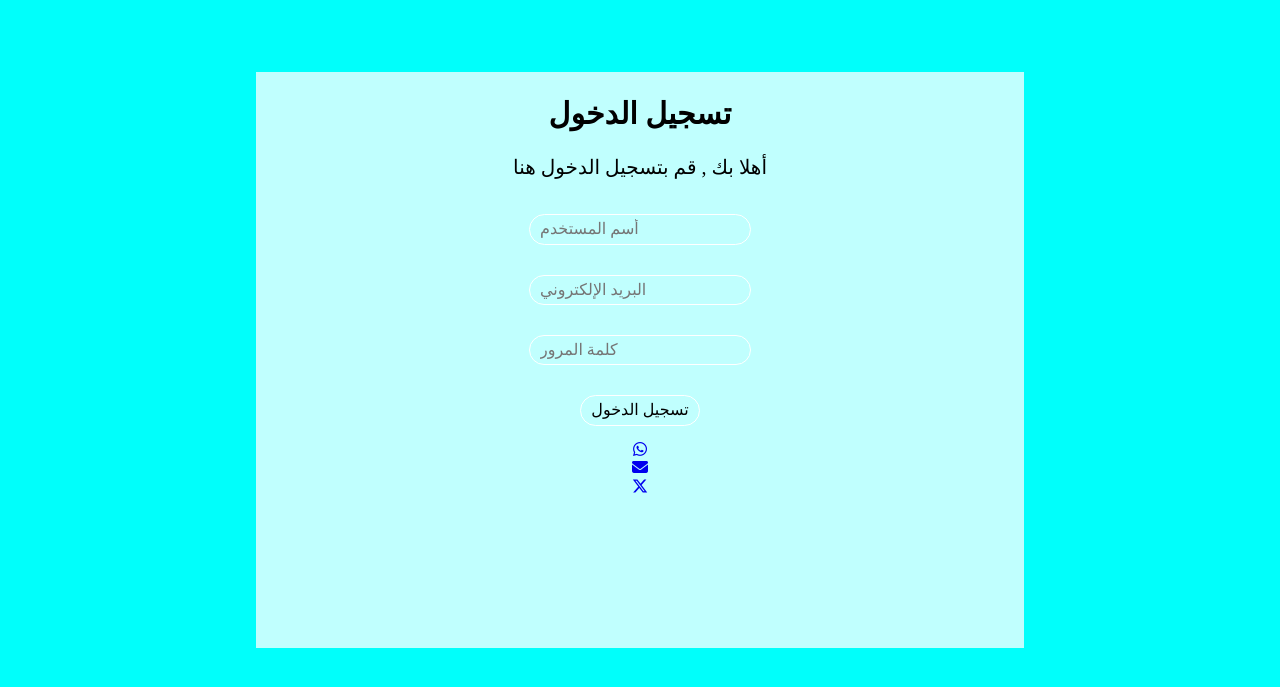
Repository: FaisalFahed/login-page
Page: html/صفحة تسجيل دخول.html
The author's editor kept a copy of each file at every save. The page is drawn from the files as they stood at one save, then again after the next save.
The browser window is 1280 px wide. The pictures show the whole page.
Some web fonts or font styles are not loaded; a fallback is used.

Above is the page before, as saved 2025-04-01 08:22:57.

After the next save:
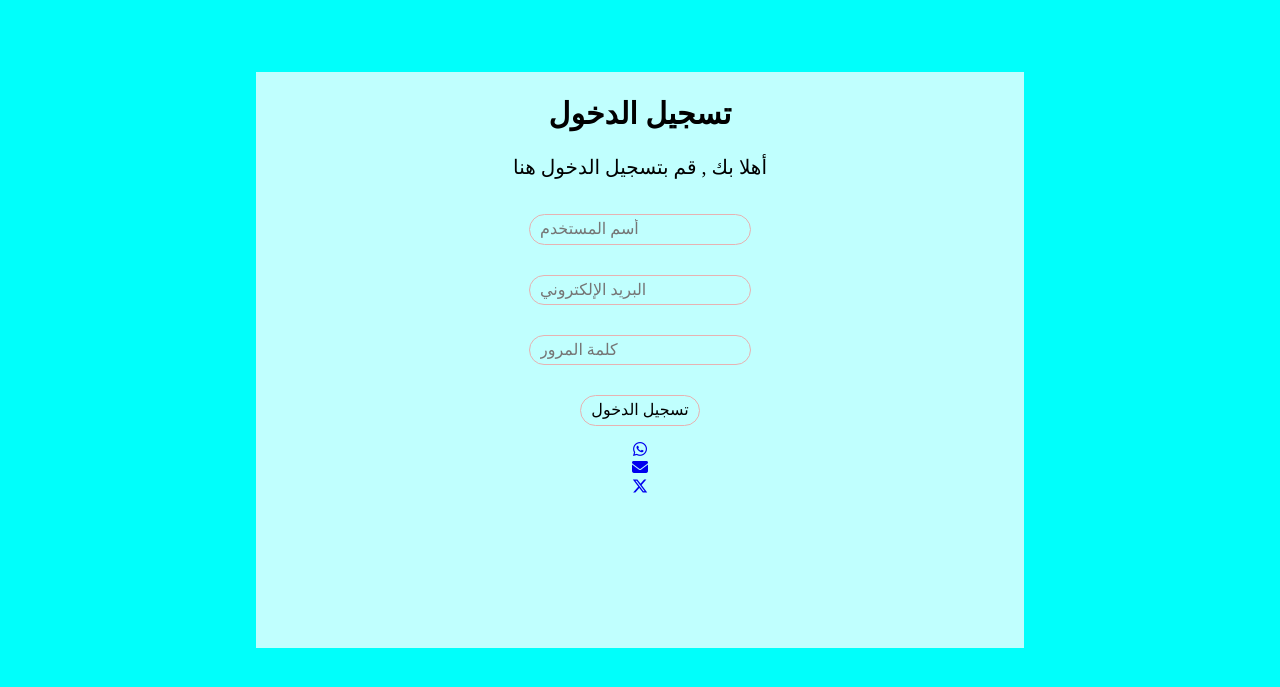
Saved 13 s later.
--- a/css/صفحة تسجيل دخول.css
+++ b/css/صفحة تسجيل دخول.css
@@ -62,7 +62,7 @@ ul{
     margin: 15px 0;
     background-color: transparent;
     position: relative;
-    border: 1px solid white;
+    border: 1px solid rgb(231, 178, 178);
     border-radius: 16px;
 }
 .log-in input::before{
